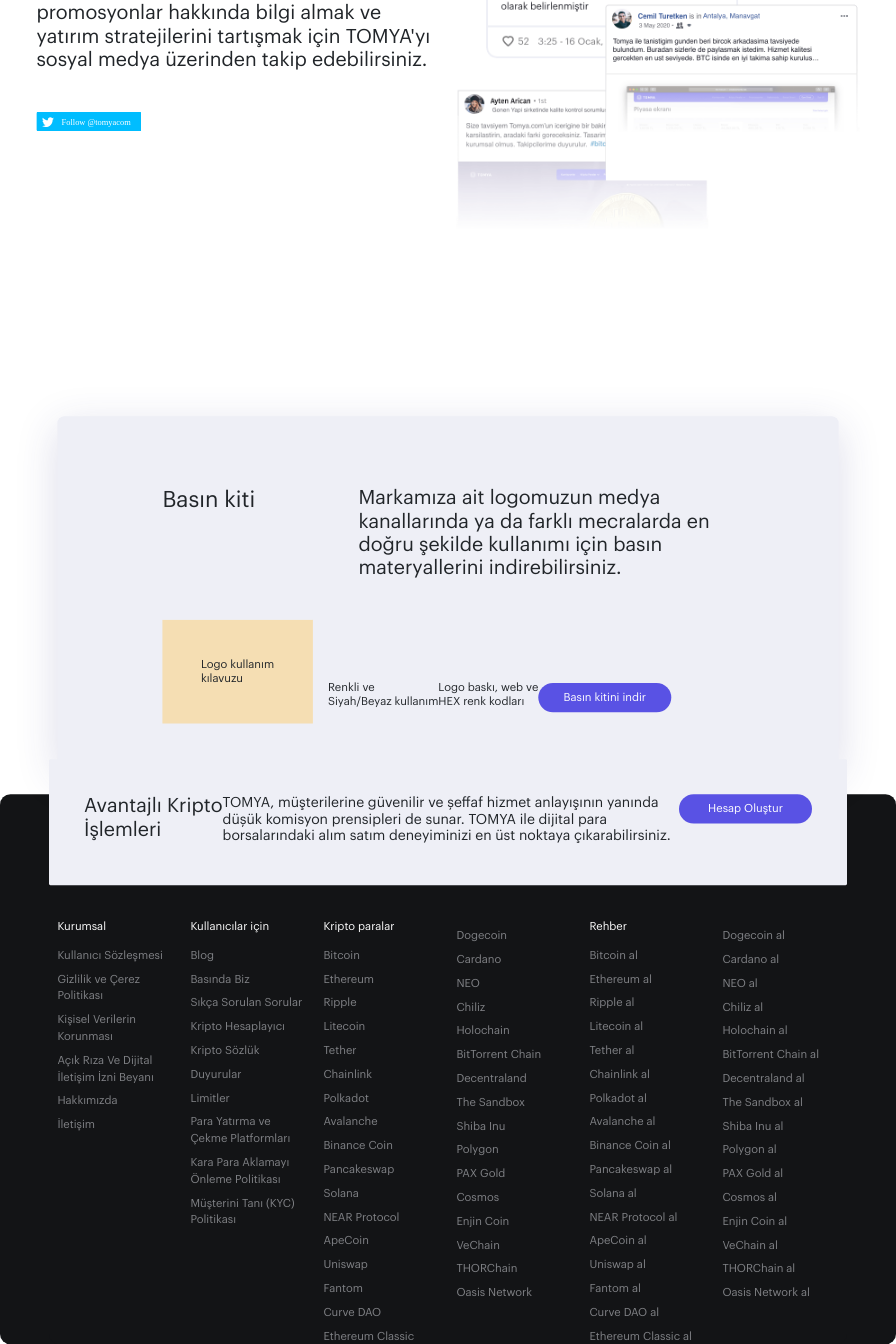
Repository: ezgibayrakli/TomyaProje
Page: index copy.html
The author's editor kept a copy of each file at every save. The page is drawn from the files as they stood at one save, then again after the next save.
The browser window is 1280 px wide. The pictures show the part of the page from y = 2792 to 4712 px (the page is 4712 px tall), at 70% of full size.
Some web fonts or font styles are not loaded; a fallback is used.

Above is the page before, as saved 2023-07-07 12:05:47.

After the next save:
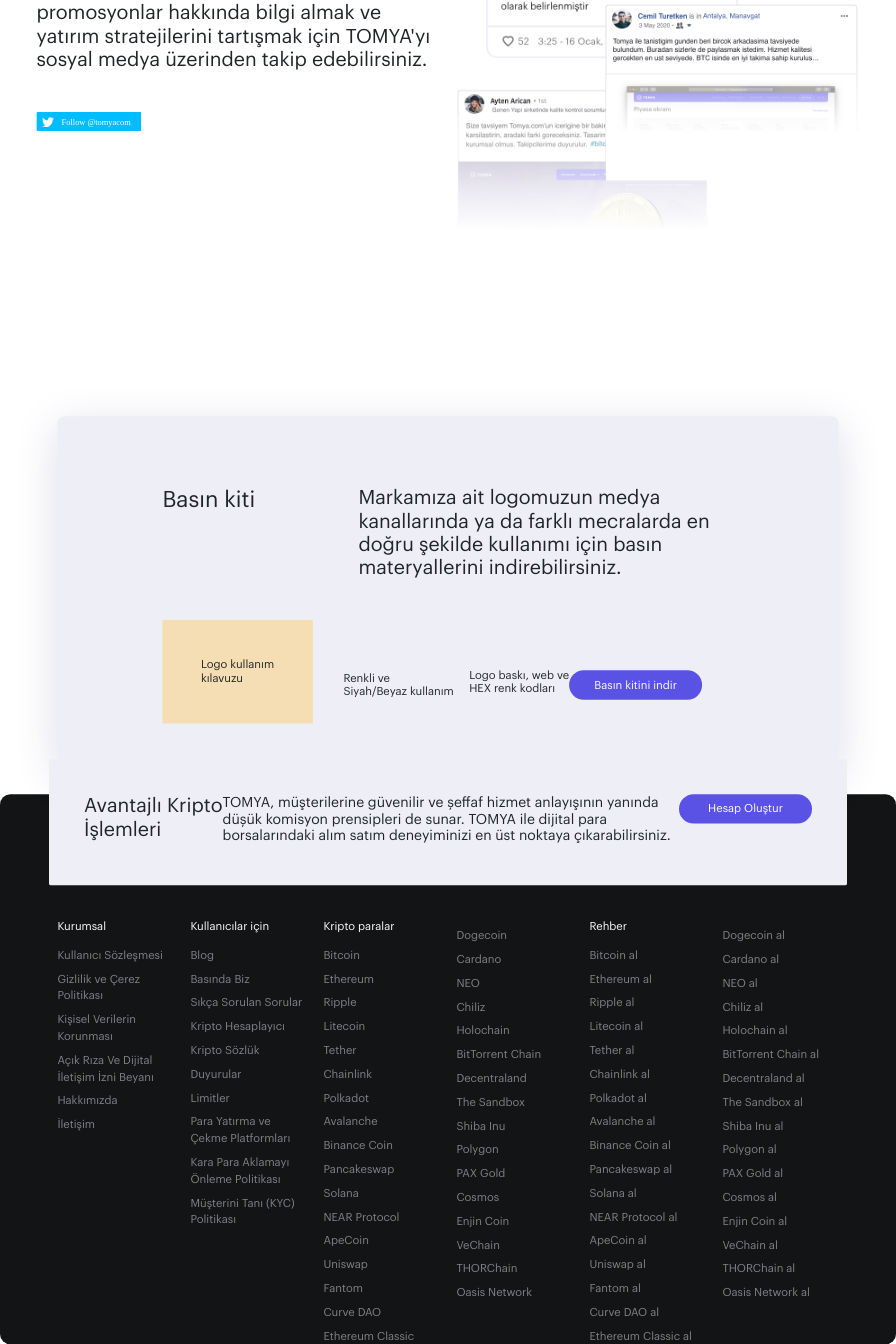
Saved 4 s later.
--- a/index copy.html
+++ b/index copy.html
@@ -184,7 +184,8 @@
                         <div  class="mediakit ml-lg-1 mt-lg-0 mt-1 d-flex justify-content-between align-items-start flex-column"><span class="svgicon d-md-block d-none" data-url="assets/img/subpages/sub/mediaset.svg"></span>
                             <div  class="d-md-flex w-100 align-items-center" style="margin: 5px;
                             padding: 17px;">
-                                <h6  class="mr-5" s>Renkli ve <br>Siyah/Beyaz kullanım</h6>
+                                <h6  class="mr-5" style="margin: 5px;
+                                padding: 17px;">Renkli ve <br>Siyah/Beyaz kullanım</h6>
                                 <span class="svgicon d-md-none d-block mt-3" data-url=""></span><h6 class="last">Logo baskı, web ve <br>HEX renk kodları</h6><a class="btn btn-outline-success py-0_22 small d-inline-block ml-auto mt-lg-0 mt-7" href="assets/basin-kiti/Tomya-Kurumsal.zip">Basın kitini indir</a>
                             </div>
                         </div>
